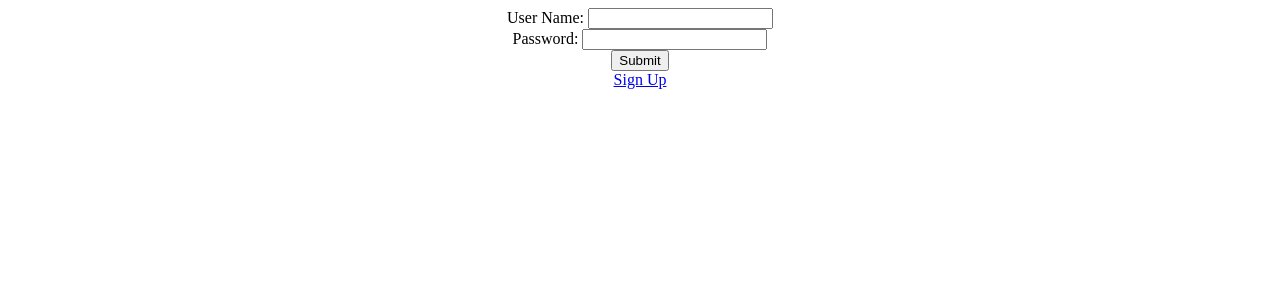
Repository: HariharanMiracle/CodeComplexity
Page: http://localhost/Paf_assignment/login.jsp
An editor plug-in stored every save of this project. The page is shown before and after a run of saves, followed by the edit.
The browser window is 1280 px wide. The pictures show the whole page.
The page is served by Tomcat 9. Other server files are loaded and not shown.

Above is the page before, as saved 2019-04-30 01:39:04.

### Paf_assignment/WebContent/login.jsp
<%@ page language="java" contentType="text/html; charset=ISO-8859-1"
    pageEncoding="ISO-8859-1"%>
<!DOCTYPE html>
<html>
<head>
<meta charset="ISO-8859-1">
<title>Insert title here</title>

</head>
<body>
				<!-- Main Content -->

					<div style = "text-align: center;">
					<%
						try{
							String message = "null";
							message = request.getParameter("message");
							if(!message.equals("null")){
								%><h3 style = "color: red"><%=message %></h3><%
							}
						}
						catch (Exception e){
							System.out.println("Error: " + e);
						}
					%>
					<form action = "paf/Login/validate" method = "POST">
						<label>User Name: </label>
						<input type = "text" name = "username"/><br/>
						<label>Password: </label>
						<input type = "password" name = "password"/><br/>
						<input type = "submit" value = "Submit"/><br/>
						<a href = "Register.jsp">Sign Up</a>
					</form>
					</div>



</body>
</html>

After the next 2 saves:
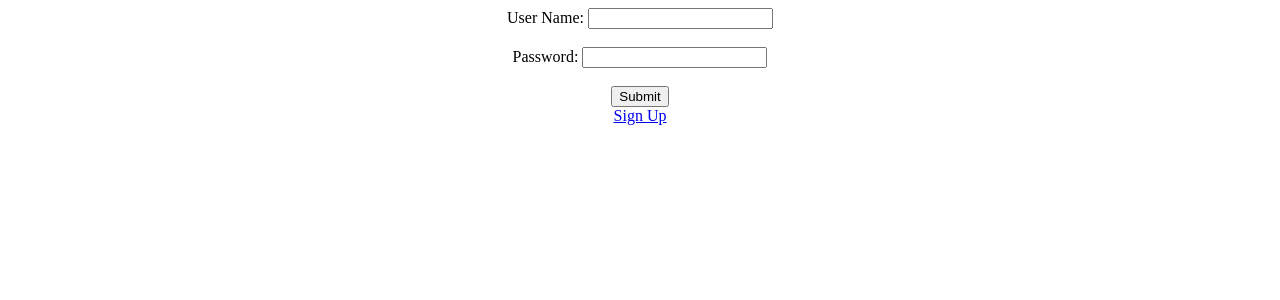
The 2 saves are shown as one change because they came seconds apart.
The last was saved 33 s later.
--- a/Paf_assignment/WebContent/login.jsp
+++ b/Paf_assignment/WebContent/login.jsp
@@ -25,9 +25,9 @@
 					%>
 					<form action = "paf/Login/validate" method = "POST">
 						<label>User Name: </label>
-						<input type = "text" name = "username"/><br/>
+						<input type = "text" name = "username"/><br/><br/>
 						<label>Password: </label>
-						<input type = "password" name = "password"/><br/>
+						<input type = "password" name = "password"/><br/><br/>
 						<input type = "submit" value = "Submit"/><br/>
 						<a href = "Register.jsp">Sign Up</a>
 					</form>
